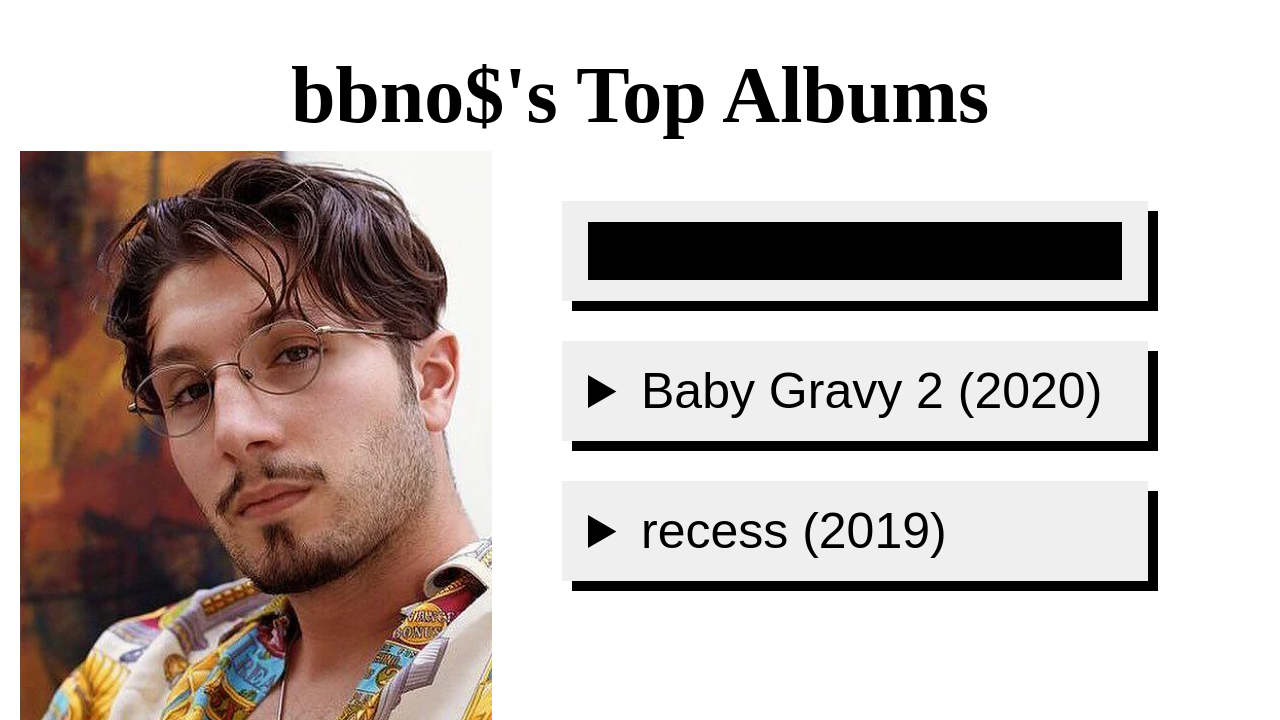
Repository: Jennica1/Lab1
Page: /
The author's editor kept a copy of each file at every save. The page is drawn from the files as they stood at one save, then again after the next save.
The browser window is 1280 px wide. The pictures show the whole page.
The first visible `summary` is being pressed.
The project was rebuilt for these pictures with package versions that can differ from the ones it lists, and the page was loaded fresh each time. Also part of the build but not shown: vite.config.js.

Above is the page before, as saved 2024-09-09 19:10:09.

### index.html
<!doctype html>
<html lang="en">
  <head>
    <meta charset="UTF-8" />
    <link rel="icon" type="image/svg+xml" href="/vite.svg" />
    <meta name="viewport" content="width=device-width, initial-scale=1.0" />
    <title>Top bbno$ Albums</title>
  </head>
  <body>
    <div id="root"></div>
    <script type="module" src="/src/main.jsx"></script>
  </body>
</html>

### src/App.jsx
import { useState } from 'react'
import reactLogo from './assets/react.svg'
import viteLogo from '/vite.svg'

import './App.css'

function App() {

  return (
    <>

      <body className='main'>
        <header className='header'>
          <h1 className='title'>bbno$'s Top Albums</h1>
        </header>
        <div className='split left'>
          <img src="/images/bbno$_profile.webp" alt='bbno$' />
        </div>
        <div className='split right'>
          <div className='albums'>
            <button>
              <details>
                <summary>eat ya veggies (2021)</summary>
                <p>edamame (ft. Rich Brian)</p>
                <p>big boss baby</p>
                <p>2 time zones</p>
              </details>
            </button>
            <button>
              <details>
                <summary>Baby Gravy 2 (2020)</summary>
                <p>Welcome to Chillis</p>
                <p>Cadbury Creme</p>
                <p>Shining on my ex</p>
              </details>
            </button>
            <button>
              <details>
                <summary>recess (2019)</summary>
                <p>nursery</p>
                <p>bunk</p>
                <p>chess</p>
              </details>
            </button>
          </div>
        </div>
      </body>


    </>
  )
}

export default App

### src/index.css
summary {
    font-size: 50px;
    text-align: left;
    margin: 20px;
}

button {
    margin: 20px;
    border-style: none;
    box-shadow: 10px 10px;
}

summary:active {
    background-color: black;
}

p {
    font-size: 20px;
}

img {
    object-fit: fill;
}

### src/App.css
#root {
  max-width: 1280px;
  margin: 0 auto;
  padding: 2rem;
}

.header {
  font-size: 40px;

}

.title {
  margin: 10px;
  display: flex;
  justify-content: center;
}

.albums {
 margin: 30px;
 display: flex;
 flex-direction: column;
}

.split {
position: fixed;
height: 100%;
width: 50%;
overflow-x: hidden;
display: flex;
}

.left {
  left: 0;
  margin-left: 20px;
  background-color: #111;
}

.right {
  padding-left: 20px;
  width: 60%;
  right: 0;
  background-color: white;
}

Loaded but not shown: src/main.jsx (common file)

After the next save:
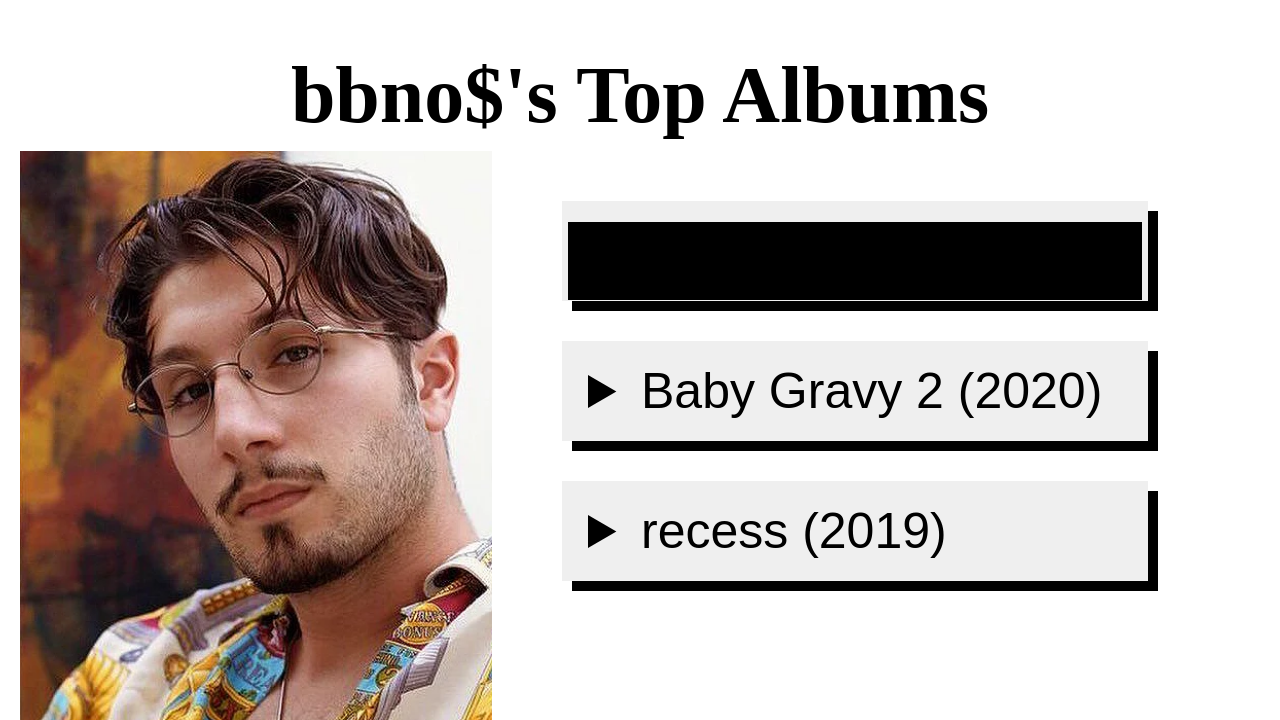
Saved 16 s later.
--- a/src/index.css
+++ b/src/index.css
@@ -10,7 +10,7 @@
     box-shadow: 10px 10px;
 }
 
-summary:active {
+details:active {
     background-color: black;
 }
 
